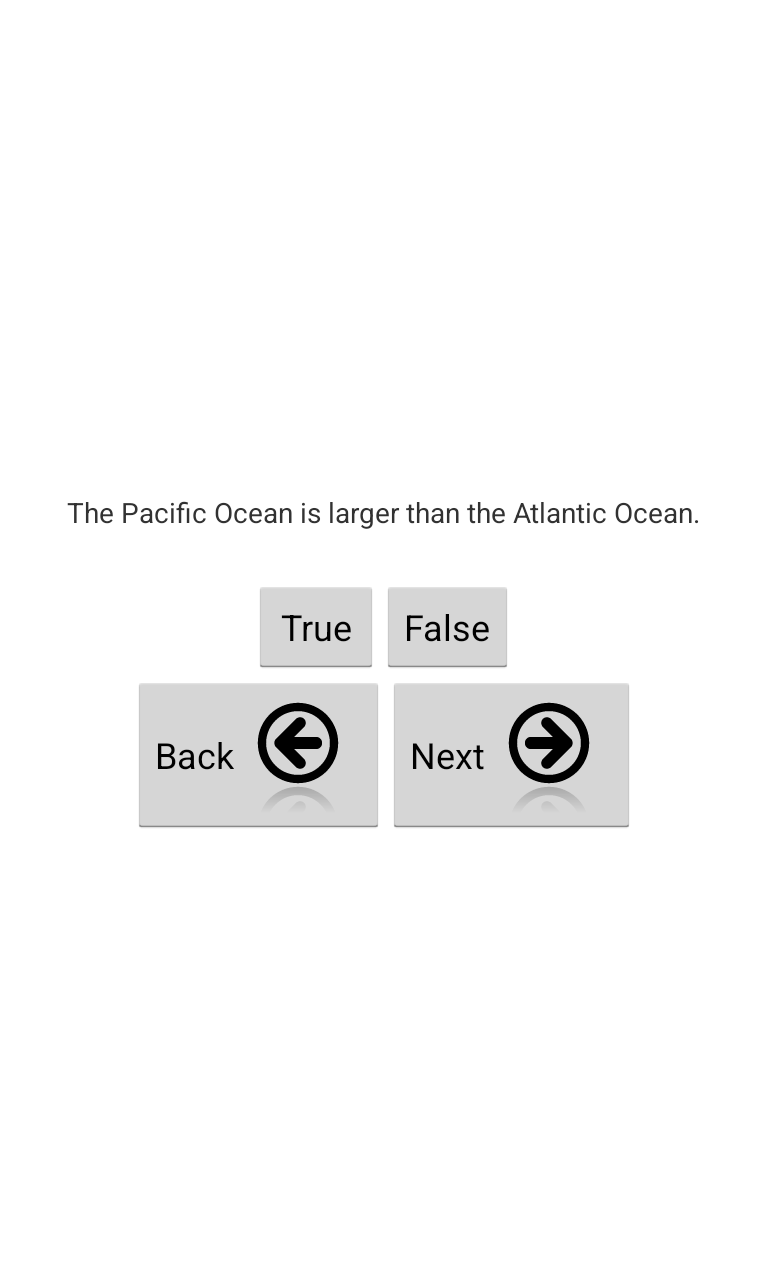
Repository: amukoseev/Android_projects
Layout: GeoQuiz/res/layout/activity_quiz.xml
These files come from the project's save history. The layout is drawn as it stood at one moment and after the next save; the edit follows.
It is drawn on a 768 x 1280 px phone screen (xhdpi) without system bars, with theme AppTheme; the app's code is not run.

Above is the layout before, as saved 2014-12-03 17:56:17.

After the next save:
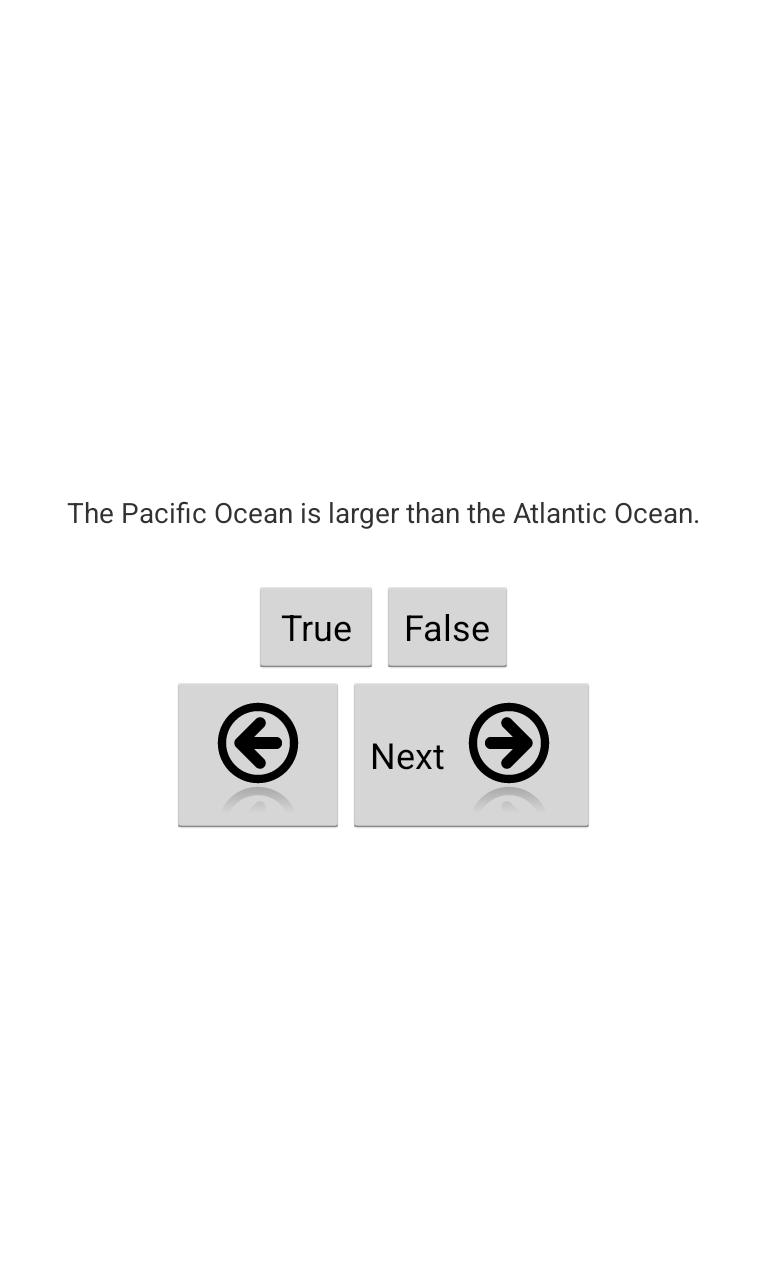
Saved 117 s later.
--- a/GeoQuiz/res/layout/activity_quiz.xml
+++ b/GeoQuiz/res/layout/activity_quiz.xml
@@ -32,12 +32,11 @@
 		android:layout_width="wrap_content"
 		android:layout_height="wrap_content"
 		android:orientation="horizontal" >
-		<Button
+		<ImageButton
 			android:id="@+id/prev_button"
 			android:layout_width="wrap_content"
 			android:layout_height="wrap_content"
-			android:text="@string/prev_button"
-			android:drawableRight="@drawable/arrow_left"
+			android:src="@drawable/arrow_left"
 		 	/>
 		<Button
 			android:id="@+id/next_button"
